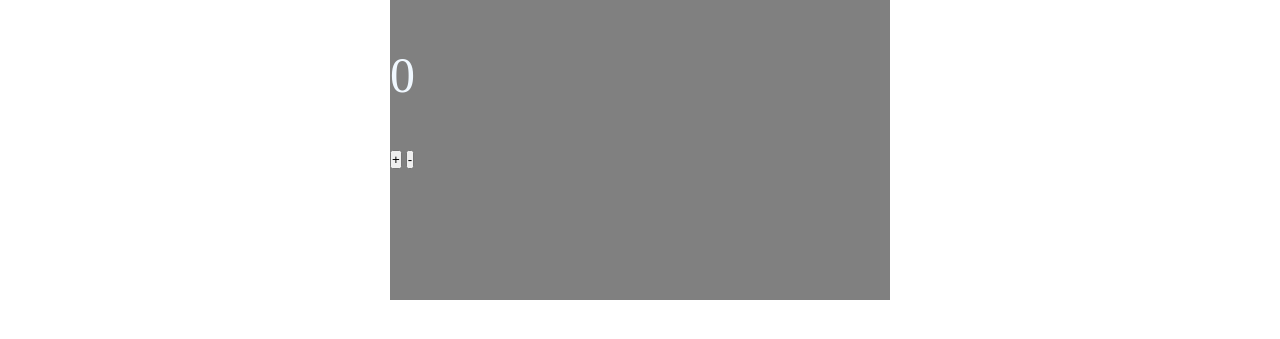
Repository: ls02/VSCode
Page: Java/2022/7-21-1/Test1.html
These files come from the project's save history. The page is drawn as it stood at one moment and after the next save; the edit follows.
The browser window is 1280 px wide. The pictures show the whole page.

Above is the page before, as saved 2022-07-21 15:54:34.

### Java/2022/7-21-1/Test1.html
<!--
 * @Author: ls02 <2877455773@qq.com>
 * @Date: 2022-07-21 15:01:18
 * @LastEditors: ls02 <2877455773@qq.com>
 * @LastEditTime: 2022-07-21 15:54:33
 * @FilePath: \Java\2022\7-21-1\Test1.html
 * @Description:
 *
 * Copyright (c) 2022 by ${ls02 <2877455773@qq.com>}, All Rights Reserved.
-->
<!DOCTYPE html>
<html lang="en">
<head>
    <meta charset="UTF-8">
    <meta http-equiv="X-UA-Compatible" content="IE=edge">
    <meta name="viewport" content="width=image.png, initial-scale=1.0">
    <title>Document</title>
    <style>
        * {
            margin: 0;
            padding: 0;
            box-sizing: border-box;
        }

        .parent {
            width: 500px;
            height: 300px;
            background-color: gray;
            margin: 0 auto;
        }

        .parent .screen{
            width: 200px;
            height: 150px;
            font-size: 50px;
            line-height: 150px;
            color:aliceblue;
        }
    </style>
</head>
<body>
    <!-- <div class="parent">
        <div class="child">1</div>
        <div class="child">2</div>
        <div class="child">3</div>
    </div> -->
    <!-- <input type="button" value="我是一个按钮"> -->

    <!-- <div class="parent">hello</div>

    <button>点击按钮，改变文本</button> -->

    <div class="parent">
        <!-- 通过screen来显示数字 -->
        <div class="screen">0</div>
        <div class="ctrl">
            <button id="plusButton">+</button>
            <button id="minusButton">-</button>
        </div>
    </div>


    <script>
        // let button = document.querySelector('button');
        // button.onclick = function() {
        //     let parent = document.querySelector('.parent');
        //     parent.innerHTML = '<input type="text">';
        // }
        // let parent = document.querySelector('.parent');
        // console.log(parent.innerHTML);
        // let elem = document.querySelectorAll('div');
        // console.log(elem);
        // let button = document.querySelector('input');
        // button.onclick = function() {
        //     alert("hello");
        // }

    </script>
</body>
</html>

After the next save:
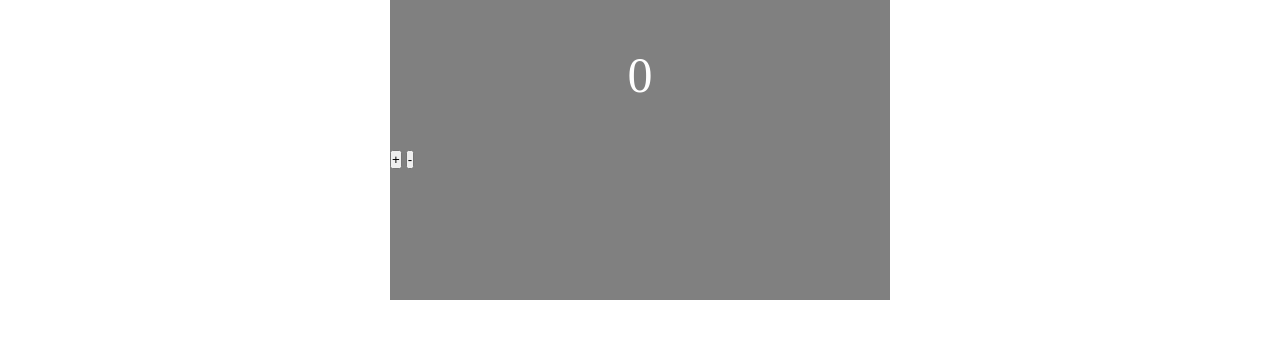
Saved 28 s later.
--- a/Java/2022/7-21-1/Test1.html
+++ b/Java/2022/7-21-1/Test1.html
@@ -34,7 +34,10 @@
             height: 150px;
             font-size: 50px;
             line-height: 150px;
-            color:aliceblue;
+            color:white;
+
+            margin: 0 auto;
+            text-align: center;
         }
     </style>
 </head>
